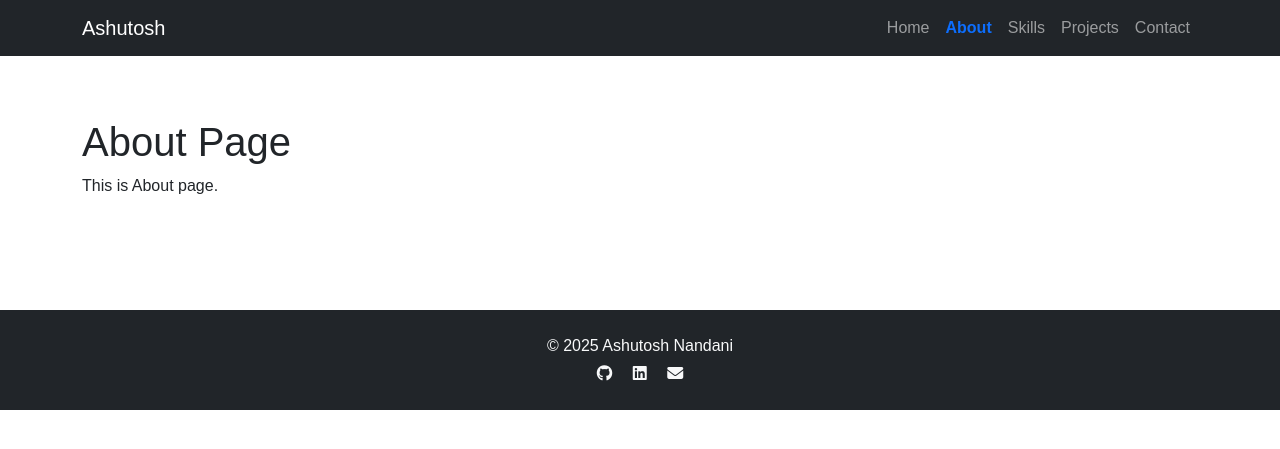
Repository: Ashu-1997-Thakkar/ashutoshthakkar-portfolio
Page: http://localhost/about
The author's editor kept a copy of each file at every save. The page is drawn from the files as they stood at one save, then again after the next save.
The browser window is 1280 px wide. The pictures show the whole page.
The page is served by the project's Laravel application, run on PHP 8.4 with Laravel 12.

Above is the page before, as saved 2026-01-16 18:29:31.

After the next save:
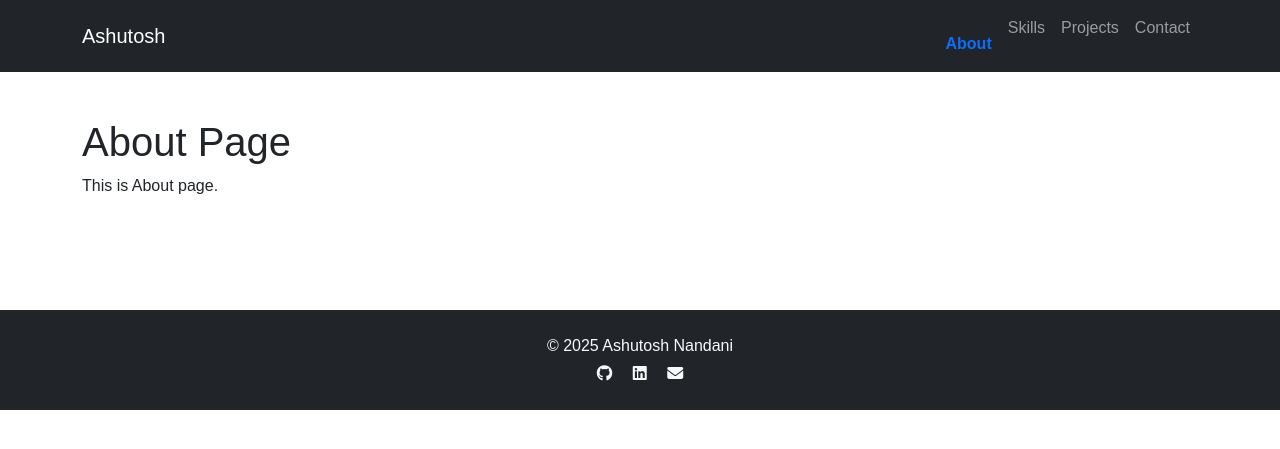
Saved 105 s later.
--- a/resources/views/layouts/navbar.blade.php
+++ b/resources/views/layouts/navbar.blade.php
@@ -11,7 +11,8 @@
         <div class="collapse navbar-collapse" id="portfolioNav">
             <ul class="navbar-nav ms-auto">
                 <li class="nav-item">
-                    <a class="nav-link {{ Route::is('home') ? 'active' : '' }}" href="{{ route('home') }}">Home</a>
+                    <a class="nav-link {{ Route::is('home') ? 'active' : '' }}" href="{{ route('home') }}">
+
                 </li>
                 <li class="nav-item">
                     <a class="nav-link {{ Route::is('about') ? 'active' : '' }}" href="{{ route('about') }}">About</a>

After the save that followed:
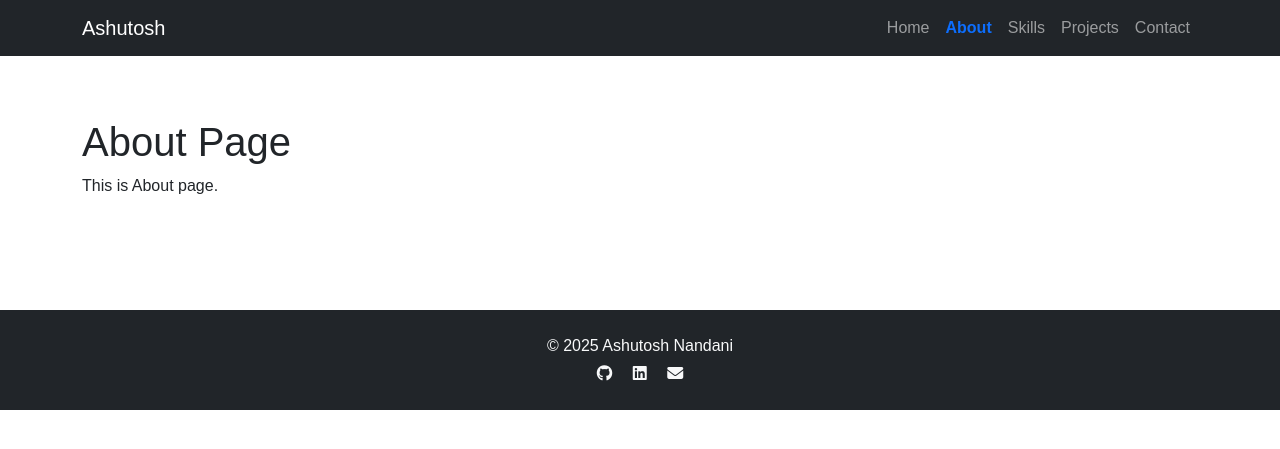
Saved 4 s later.
--- a/resources/views/layouts/navbar.blade.php
+++ b/resources/views/layouts/navbar.blade.php
@@ -11,8 +11,7 @@
         <div class="collapse navbar-collapse" id="portfolioNav">
             <ul class="navbar-nav ms-auto">
                 <li class="nav-item">
-                    <a class="nav-link {{ Route::is('home') ? 'active' : '' }}" href="{{ route('home') }}">
-
+                    <a class="nav-link {{ Route::is('home') ? 'active' : '' }}" href="{{ route('home') }}">Home</a>
                 </li>
                 <li class="nav-item">
                     <a class="nav-link {{ Route::is('about') ? 'active' : '' }}" href="{{ route('about') }}">About</a>
